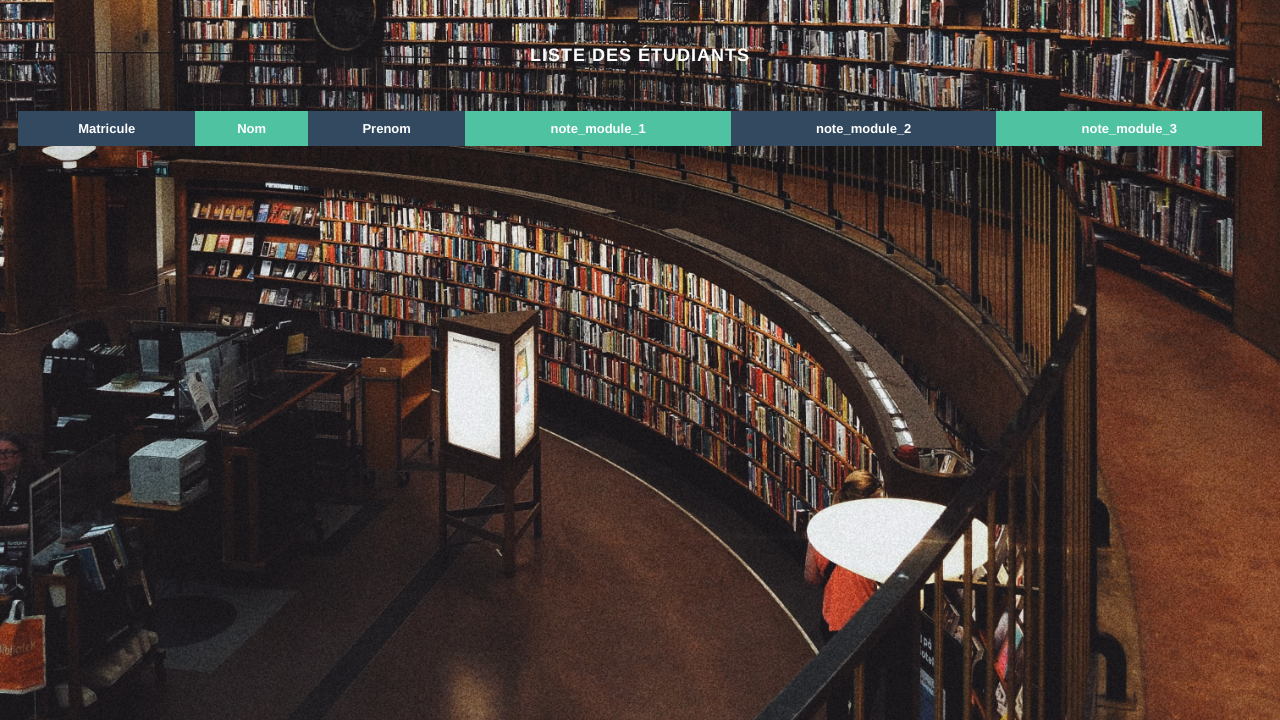
Repository: tt5300447/parakeet
Page: http://localhost/
The author's editor kept a copy of each file at every save. The page is drawn from the files as they stood at one save, then again after the next save.
The browser window is 1280 px wide. The pictures show the whole page.
The page is run by PHP 8.4 with error messages shown; the project is at /var/www/html/. Queries for data that is not in the repository find no rows.

Above is the page before, as saved 2022-06-19 16:27:04.

### Copier/htdocs/Liste/index.php
<!DOCTYPE html>
<html lang="en">
<head>
    <meta charset="UTF-8">
    <meta http-equiv="X-UA-Compatible" content="IE=edge">
    <meta name="viewport" content="width=device-width, initial-scale=1.0">
    <title>Document</title>
    <link rel="stylesheet" href="table.css">
</head>
<body>
   <h2>Liste des étudiants</h2>
    <div class="table-wrapper">
    <?php
$servername = "localhost";
$username = "root";
$password = "";
$db = "scolarite";
// Create connection
$conn = new mysqli($servername, $username, $password,$db);
// Check connection
if (mysqli_connect_errno())
{
echo "Failed to connect to MySQL: " . mysqli_connect_error();
}

$result = $conn->query("SELECT * FROM Etudiant");

echo "<table class='fl-table'>
<thead>
    <tr>
        <th>Matricule</th>
        <th>Nom</th>
        <th>Prenom</th>
        <th>note_module_1</th>
        <th>note_module_2</th>
        <th>note_module_3</th>
    </tr>
</thead>
<tbody>";

while($row = mysqli_fetch_array($result))
{
echo "<tr>";
echo "<td>" . $row['matricule'] . "</td>";
echo "<td>" . $row['nom'] . "</td>";
echo "<td>" . $row['prenom'] . "</td>";
echo "<td>" . $row['note_module_1'] . "</td>";
echo "<td>" . $row['note_module_2'] . "</td>";
echo "<td>" . $row['note_module_3'] . "</td>";
echo "</tr>";
}
echo "<tbody>
</table>";

mysqli_close($conn);
?>
</div>
</body>
</html>

### Copier/htdocs/Liste/table.css
* {
    box-sizing: border-box;
    -webkit-box-sizing: border-box;
    -moz-box-sizing: border-box;
}

html {
    background-image: url("background4.jpg"), linear-gradient( 100deg, rgba(63, 63, 63, 0.8) 0%, rgba(255, 255, 255, 0) 25%) !important;
    -webkit-background-size: cover;
    -moz-background-size: cover;
    -o-background-size: cover;
    background-size: cover;
    background-position: center;
    background-repeat: no-repeat;
}

body {
    font-family: Helvetica;
    -webkit-font-smoothing: antialiased;
}

h2 {
    text-align: center;
    font-size: 18px;
    text-transform: uppercase;
    letter-spacing: 1px;
    color: white;
    padding: 30px 0;
}


/* Table Styles */

.table-wrapper {
    margin: 10px 10px 10px;
    box-shadow: 0px 35px 50px rgba(0, 0, 0, 0.2);
}

.fl-table {
    border-radius: 5px;
    font-size: 13px;
    font-weight: normal;
    border: none;
    border-collapse: collapse;
    width: 100%;
    max-width: 100%;
    white-space: nowrap;
    background-color: white;
}

.fl-table td,
.fl-table th {
    text-align: center;
    padding: 10px;
}

.fl-table td {
    border-right: 1px solid #f8f8f8;
    font-size: 14px;
}

.fl-table thead th {
    color: #ffffff;
    background: #4fc3a1;
}

.fl-table thead th:nth-child(odd) {
    color: #ffffff;
    background: #324960;
}

.fl-table tr:nth-child(even) {
    background: #f8f8f8;
}


/* Responsive */

@media (max-width: 767px) {
    .fl-table {
        display: block;
        width: 100%;
    }
    .table-wrapper:before {
        content: "Scroll horizontally >";
        display: block;
        text-align: right;
        font-size: 11px;
        color: white;
        padding: 0 0 10px;
    }
    .fl-table thead,
    .fl-table tbody,
    .fl-table thead th {
        display: block;
    }
    .fl-table thead th:last-child {
        border-bottom: none;
    }
    .fl-table thead {
        float: left;
    }
    .fl-table tbody {
        width: auto;
        position: relative;
        overflow-x: auto;
    }
    .fl-table td,
    .fl-table th {
        padding: 20px 0.625em 0.625em 0.625em;
        height: 60px;
        vertical-align: middle;
        box-sizing: border-box;
        overflow-x: hidden;
        overflow-y: auto;
        width: 120px;
        font-size: 13px;
        text-overflow: ellipsis;
    }
    .fl-table thead th {
        text-align: left;
        border-bottom: 1px solid #f7f7f9;
    }
    .fl-table tbody tr {
        display: table-cell;
    }
    .fl-table tbody tr:nth-child(odd) {
        background: none;
    }
    .fl-table tr:nth-child(even) {
        background: transparent;
    }
    .fl-table tr td:nth-child(odd) {
        background: #f8f8f8;
        border-right: 1px solid #e6e4e4;
    }
    .fl-table tr td:nth-child(even) {
        border-right: 1px solid #e6e4e4;
    }
    .fl-table tbody td {
        display: block;
        text-align: center;
    }
}

After the next save:
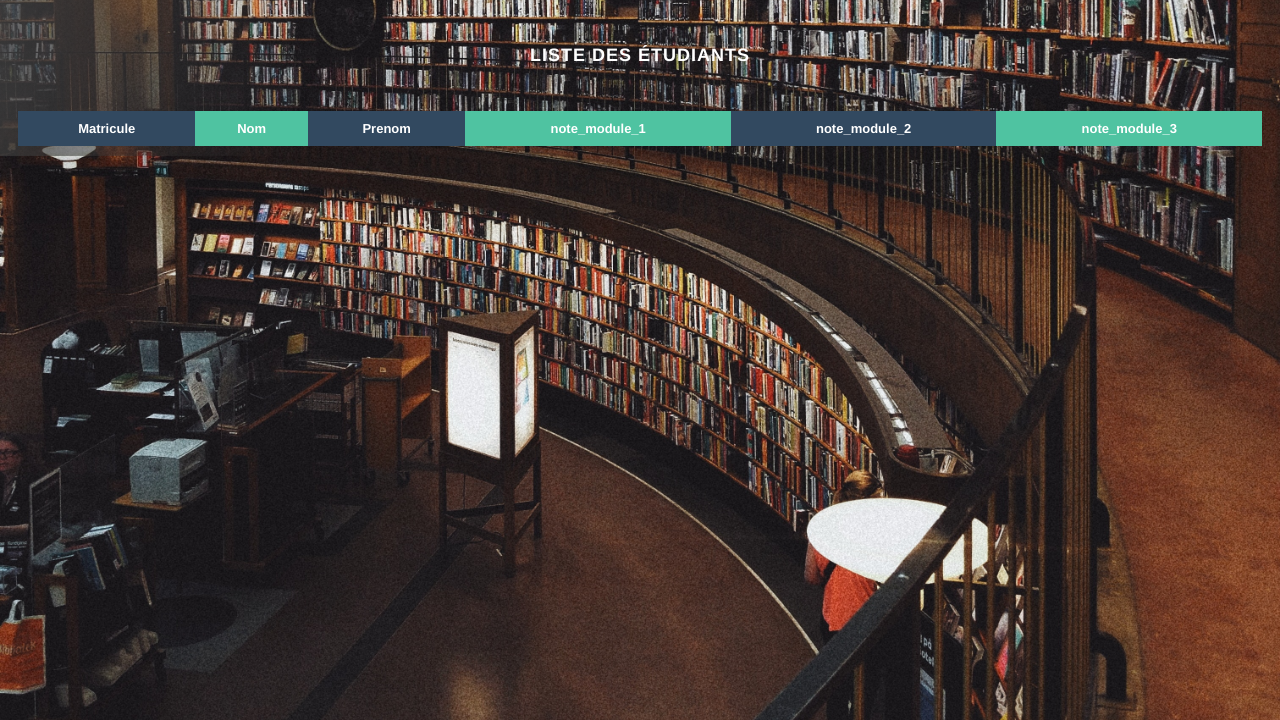
Saved 16 s later.
--- a/Copier/htdocs/Liste/table.css
+++ b/Copier/htdocs/Liste/table.css
@@ -5,7 +5,7 @@
 }
 
 html {
-    background-image: url("background4.jpg"), linear-gradient( 100deg, rgba(63, 63, 63, 0.8) 0%, rgba(255, 255, 255, 0) 25%) !important;
+    background-image: linear-gradient( 100deg, rgba(63, 63, 63, 0.8) 0%, rgba(255, 255, 255, 0) 25%), url("background4.jpg") !important;
     -webkit-background-size: cover;
     -moz-background-size: cover;
     -o-background-size: cover;

After the save that followed:
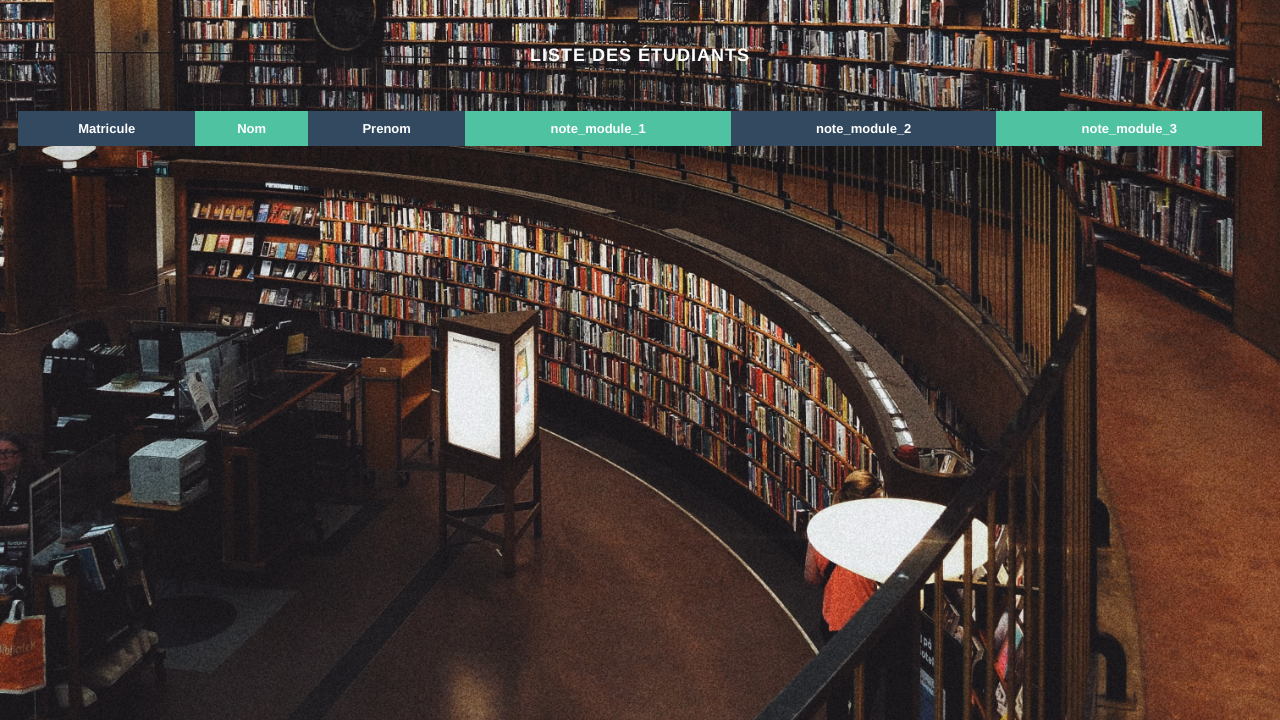
Saved 20 s later.
--- a/Copier/htdocs/Liste/table.css
+++ b/Copier/htdocs/Liste/table.css
@@ -5,7 +5,7 @@
 }
 
 html {
-    background-image: linear-gradient( 100deg, rgba(63, 63, 63, 0.8) 0%, rgba(255, 255, 255, 0) 25%), url("background4.jpg") !important;
+    background-image: url("background4.jpg") !important;
     -webkit-background-size: cover;
     -moz-background-size: cover;
     -o-background-size: cover;
